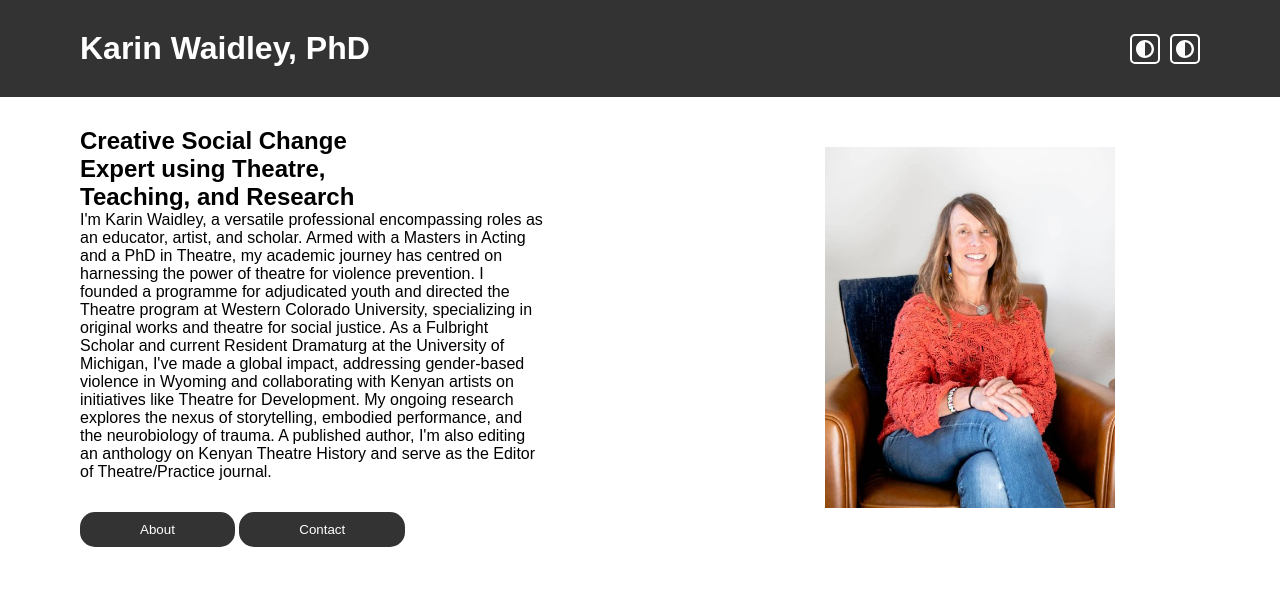
Repository: Ceasor7/Karin
Page: index.html
The author's editor kept a copy of each file at every save. The page is drawn from the files as they stood at one save, then again after the next save.
The browser window is 1280 px wide. The pictures show the whole page.

Above is the page before, as saved 2023-12-14 13:50:27.

### index.html
<!DOCTYPE html>
<html lang="en">

<head>
    <meta charset="UTF-8">
    <meta name="viewport" content="width=device-width, initial-scale=1.0">
    <title>Karin Waidley, PhD | Home</title>
    <style>
        /* Resetting some default styles for better consistency */
        body,
        h1,
        h2,
        h3,
        p,
        ul,
        li {
            margin: 0;
            padding: 0;
            list-style: none;
        }

        /* Global styles */
        body {
            font-family: Arial, sans-serif;
        }

        /* Navbar styles */
        header {
            background-color: #333;
            color: white;
            padding: 10px 0;
        }

        .navbar {
            display: flex;
            justify-content: space-between;
            align-items: center;
            padding: 20px;
            margin-left: 60px;
            margin-right: 60px;
        }

        .navbar-logo {
            font-size: 2em;
            font-weight: bold;
        }

        .navbar-icons {
            display: flex;
            gap: 10px;
        }

        .dark-mode-toggle {
            color: var(--secondary-color);
            border: 2px solid currentColor;
            padding: 4px;
            background: transparent;
            cursor: pointer;
            border-radius: 5px;
            width: 30px;
            height: 30px;
        }

        /* Main content styles */
        section {
            margin-top: 20px;
        }

        /* Contact form styles */
        form {
            max-width: 600px;
            margin: 0 auto;
        }

        label {
            display: block;
            margin-bottom: 8px;
        }

        input,
        textarea,
        select {
            width: 100%;
            padding: 8px;
            margin-bottom: 16px;
            box-sizing: border-box;
        }

        /* New section styles */
        .image-section {
            text-align: center;
            margin-top: 20px;
            margin-right: 20px;
        }

        .image-section img {
            max-width: 50%;
            height: auto;
        }

        /* Add this CSS to make the two divs beside each other */
        .flex-container {
            display: flex;
            justify-content: space-between;
            margin-top: 30px;
        }

        .flex-container>div {
            flex: 1;
            margin-right: 20px;
        }

        /* Home */
        .home-details {
            text-align: left;
            margin-left: 80px;
        }

        .home-details p {
            width: 80%;
        }

        .home-buttons {
            margin-left: 80px;
            justify-content: space-between;
        }

        .homeRedirect-buttons {
            padding: 10px;
            background-color: #333;
            color: white;
            padding-left: 60px;
            padding-right: 60px;
            border-radius: 15px;
            border: none;
        }

        /* Home */
    </style>
</head>

<body>
    <header>
        <div class="navbar">
            <div class="navbar-logo">Karin Waidley, PhD</div>
            <div class="navbar-icons">
                <button id="dark-mode-toggle" class="dark-mode-toggle">
                    <svg width="100%" xmlns="http://www.w3.org/2000/svg" viewBox="0 0 496 496">
                        <path fill="currentColor"
                            d="M8,256C8,393,119,504,256,504S504,393,504,256,393,8,256,8,8,119,8,256ZM256,440V72a184,184,0,0,1,0,368Z"
                            transform="translate(-8 -8)" />
                    </svg>
                </button>
                <button id="dark-mode-toggle" class="dark-mode-toggle">
                    <svg width="100%" xmlns="http://www.w3.org/2000/svg" viewBox="0 0 496 496">
                        <path fill="currentColor"
                            d="M8,256C8,393,119,504,256,504S504,393,504,256,393,8,256,8,8,119,8,256ZM256,440V72a184,184,0,0,1,0,368Z"
                            transform="translate(-8 -8)" />
                    </svg>
                </button>
            </div>
        </div>
    </header>
    <div class="flex-container">
        <div class="home-details">
            <h2>Creative Social Change<br> Expert using Theatre, <br>Teaching, and Research</h2>
            <p>I'm Karin Waidley, a versatile professional encompassing roles as an educator, artist, and scholar. Armed
                with a Masters in Acting and a PhD in Theatre, my academic journey has centred on harnessing the power
                of theatre for violence prevention. I founded a programme for adjudicated youth and directed the Theatre
                program at Western Colorado University, specializing in original works and theatre for social justice.
                As a Fulbright Scholar and current Resident Dramaturg at the University of Michigan, I've made a global
                impact, addressing gender-based violence in Wyoming and collaborating with Kenyan artists on initiatives
                like Theatre for Development. My ongoing research explores the nexus of storytelling, embodied
                performance, and the neurobiology of trauma. A published author, I'm also editing an anthology on Kenyan
                Theatre History and serve as the Editor of Theatre/Practice journal.</p>
        </div>
        <div class="image-section">
            <img src="images/Karin.jpeg" alt="Karin Waidley">
        </div>
    </div>
    <div class="home-buttons">
        <button class="homeRedirect-buttons">About</button>
        <button class="homeRedirect-buttons">Contact</button>
    </div>
</body>

</html>

After the next save:
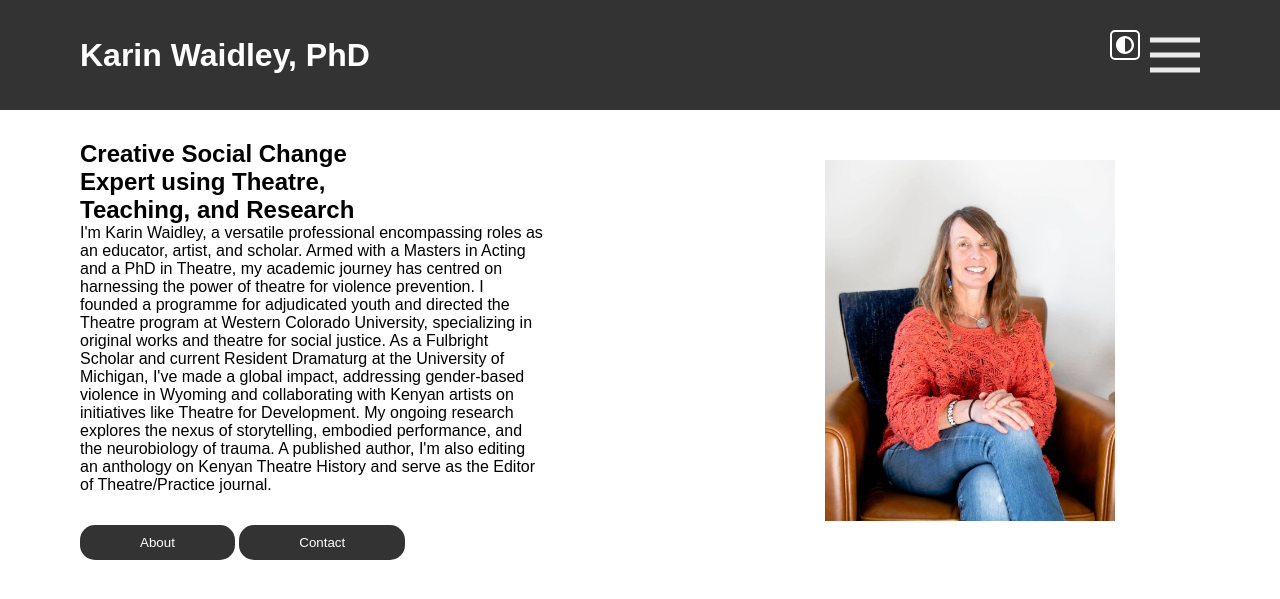
Saved 2 min 53 s later.
--- a/index.html
+++ b/index.html
@@ -151,13 +151,12 @@
                             transform="translate(-8 -8)" />
                     </svg>
                 </button>
-                <button id="dark-mode-toggle" class="dark-mode-toggle">
-                    <svg width="100%" xmlns="http://www.w3.org/2000/svg" viewBox="0 0 496 496">
-                        <path fill="currentColor"
-                            d="M8,256C8,393,119,504,256,504S504,393,504,256,393,8,256,8,8,119,8,256ZM256,440V72a184,184,0,0,1,0,368Z"
-                            transform="translate(-8 -8)" />
-                    </svg>
-                </button>
+                <svg xmlns="http://www.w3.org/2000/svg" x="0px" y="0px" width="50" height="50" viewBox="0 0 50 50"
+                    style="fill:#EBEBEB;">
+                    <path
+                        d="M 0 7.5 L 0 12.5 L 50 12.5 L 50 7.5 Z M 0 22.5 L 0 27.5 L 50 27.5 L 50 22.5 Z M 0 37.5 L 0 42.5 L 50 42.5 L 50 37.5 Z">
+                    </path>
+                </svg>
             </div>
         </div>
     </header>

After the save that followed:
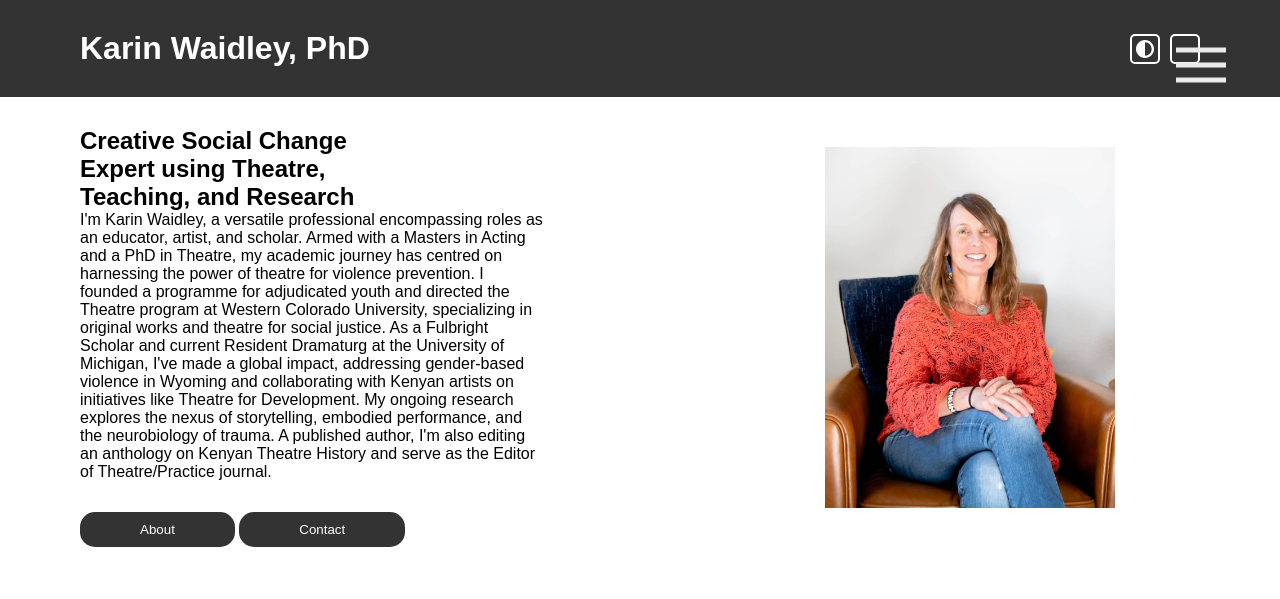
Saved 81 s later.
--- a/index.html
+++ b/index.html
@@ -61,6 +61,17 @@
             height: 30px;
         }
 
+        .hamburger-menu {
+            color: var(--secondary-color);
+            border: 2px solid currentColor;
+            padding: 4px;
+            background: transparent;
+            cursor: pointer;
+            border-radius: 5px;
+            width: 30px;
+            height: 30px;
+        }
+
         /* Main content styles */
         section {
             margin-top: 20px;
@@ -151,12 +162,15 @@
                             transform="translate(-8 -8)" />
                     </svg>
                 </button>
-                <svg xmlns="http://www.w3.org/2000/svg" x="0px" y="0px" width="50" height="50" viewBox="0 0 50 50"
-                    style="fill:#EBEBEB;">
-                    <path
-                        d="M 0 7.5 L 0 12.5 L 50 12.5 L 50 7.5 Z M 0 22.5 L 0 27.5 L 50 27.5 L 50 22.5 Z M 0 37.5 L 0 42.5 L 50 42.5 L 50 37.5 Z">
-                    </path>
-                </svg>
+                <button class="hamburger-menu">
+                    <svg xmlns="http://www.w3.org/2000/svg" x="0px" y="0px" width="50" height="50" viewBox="0 0 50 50"
+                        style="fill:#EBEBEB;">
+                        <path
+                            d="M 0 7.5 L 0 12.5 L 50 12.5 L 50 7.5 Z M 0 22.5 L 0 27.5 L 50 27.5 L 50 22.5 Z M 0 37.5 L 0 42.5 L 50 42.5 L 50 37.5 Z">
+                        </path>
+                    </svg>
+                </button>
+
             </div>
         </div>
     </header>
